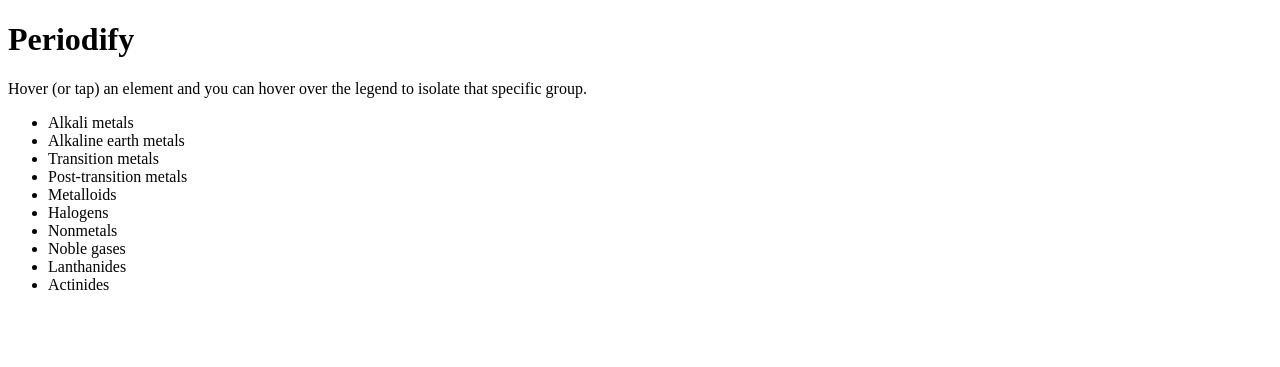
Repository: manayparikh1/Periodify
Page: index.html
The author's editor kept a copy of each file at every save. The page is drawn from the files as they stood at one save, then again after the next save.
The browser window is 1280 px wide. The pictures show the whole page.

Above is the page before, as saved 2026-10-11 20:40:46.

### index.html
<!DOCTYPE html>
<html lang="en">

<head>
    <meta charset="UTF-8">
    <meta name="viewport" content="width=device-width, initial-scale=1.0">
    <title>Periodify</title>
</head>

<body>
    <!-- === HTML STARTS here===-->
    <header>
        <h1>Period<span>ify</span></h1>
        <p>Hover (or tap) an element and you can hover over the legend to isolate that specific group.</p>
    </header>
    <!-- === Legend === -->
    <ul class="legend">
        <li class="l-am" style="--c: var(--am);">Alkali metals</li>
        <li class="l-aem" style="--c: var(--aem);">Alkaline earth metals</li>
        <li class="l-tm" style="--c: var(--ac);">Transition metals</li>
        <li class="l-ptm" style="--c: var(--aem);">Post-transition metals</li>
        <li class="l-m" style="--c: var(--rnm);">Metalloids</li>
        <li class="l-hg" style="--c: var(--ptt);">Halogens</li>
        <li class="l-nm" style="--c: var(--nm);">Nonmetals</li>
        <li class="l-ng" style="--c: var(--hl);">Noble gases</li>
        <li class="l-la" style="--c: var(--la);">Lanthanides</li>
        <li class="l-aa" style="--c: var(--ng);">Actinides</li>
    </ul>
</body>

















































<style>
    /* the colours */

    :root {
        --bg: #dedfdde9;
        --text: #1c1919;
        --card: #f5f5f5;
        --muted: #a9a9a9;

        --am: #4fa75f;
        /*Alkali metals*/
        --ml: #96773a;
        /*alkaline earth metals*/
        --ac: #765545;
        /*transition metals*/
        --aem: #ffb;
        /*post transition metals*/
        --rnm: rgb(104, 117, 238);
        /*metalloids*/
        --ptt: rgb(189, 153, 210);
        /*halogens*/
        --nm: rgb(234, 121, 121);
        /*non metals*/
        --hl: #bf9b9b;
        /*noble gases*/
        --ng: #f48fb1;
        /*actinades */
        --la: #c0df9d;
        /*lanthanides */

        --wobble: 255px 15px 225px 15px / 15px 225px 15px 255px;
        /*drawn by hand design not accurate rn*/

    }

After the next save:
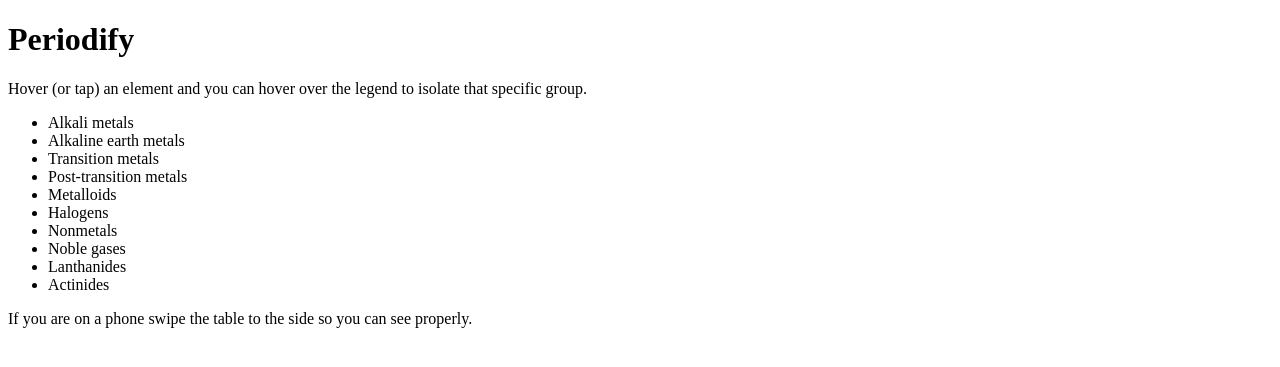
Saved 2 min 52 s later.
--- a/index.html
+++ b/index.html
@@ -26,6 +26,14 @@
         <li class="l-la" style="--c: var(--la);">Lanthanides</li>
         <li class="l-aa" style="--c: var(--ng);">Actinides</li>
     </ul>
+    <p class="hint">If you are on a phone swipe the table to the side so you can see properly.</p>
+    <div class="scroll">
+        <div class="table">
+
+            <!-- The first period -->
+
+        </div>
+    </div>
 </body>
 
 
